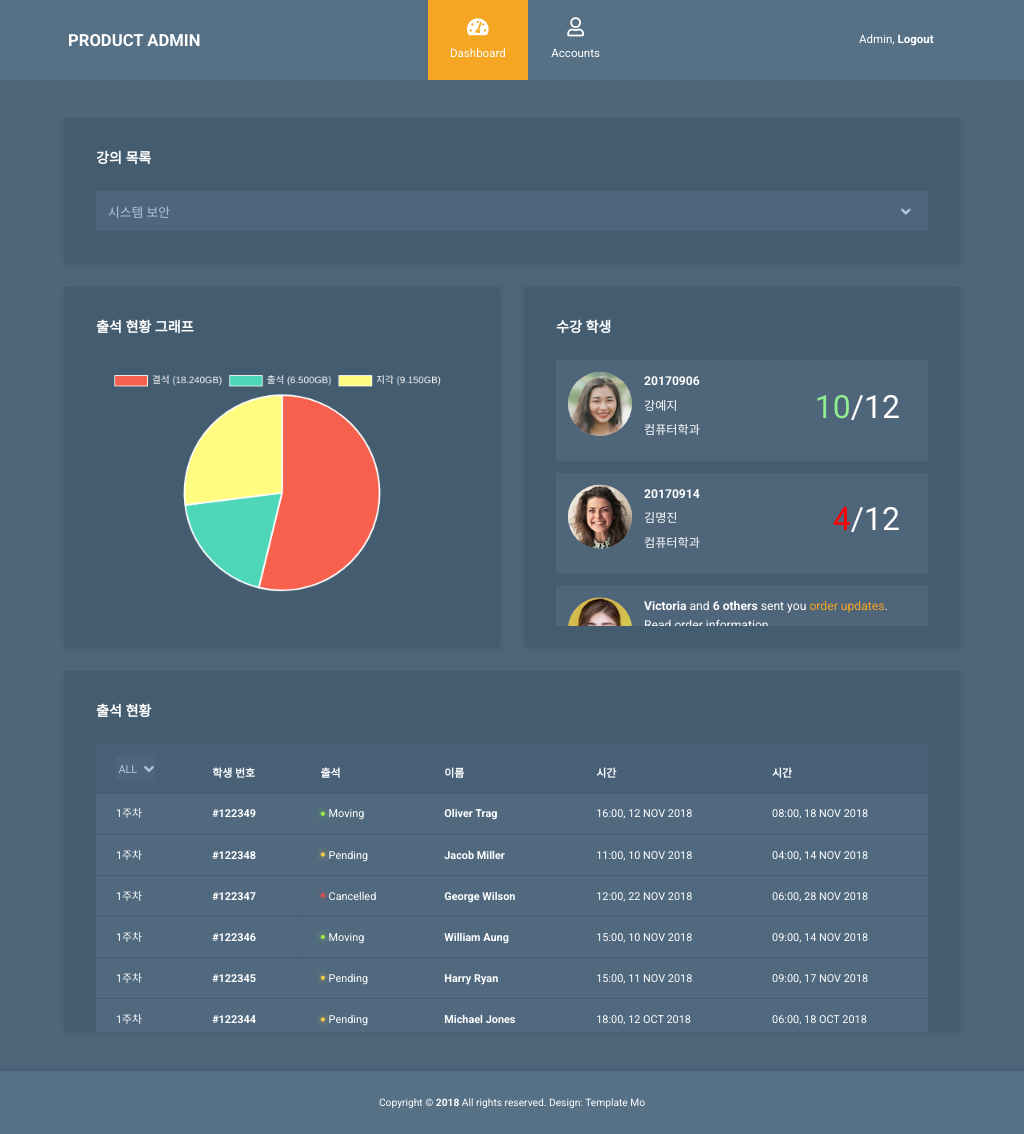
Repository: YJ-S2/2019-FaceAPI
Page: test1-master/web/123/WebContent/web1.html
The author's editor kept a copy of each file at every save. The page is drawn from the files as they stood at one save, then again after the next save.
The browser window is 1280 px wide. The pictures show the whole page, at 80% of full size.
An inner scrolling area shows only its first screen.

Above is the page before, as saved 2019-08-11 15:08:49.

After the next save:
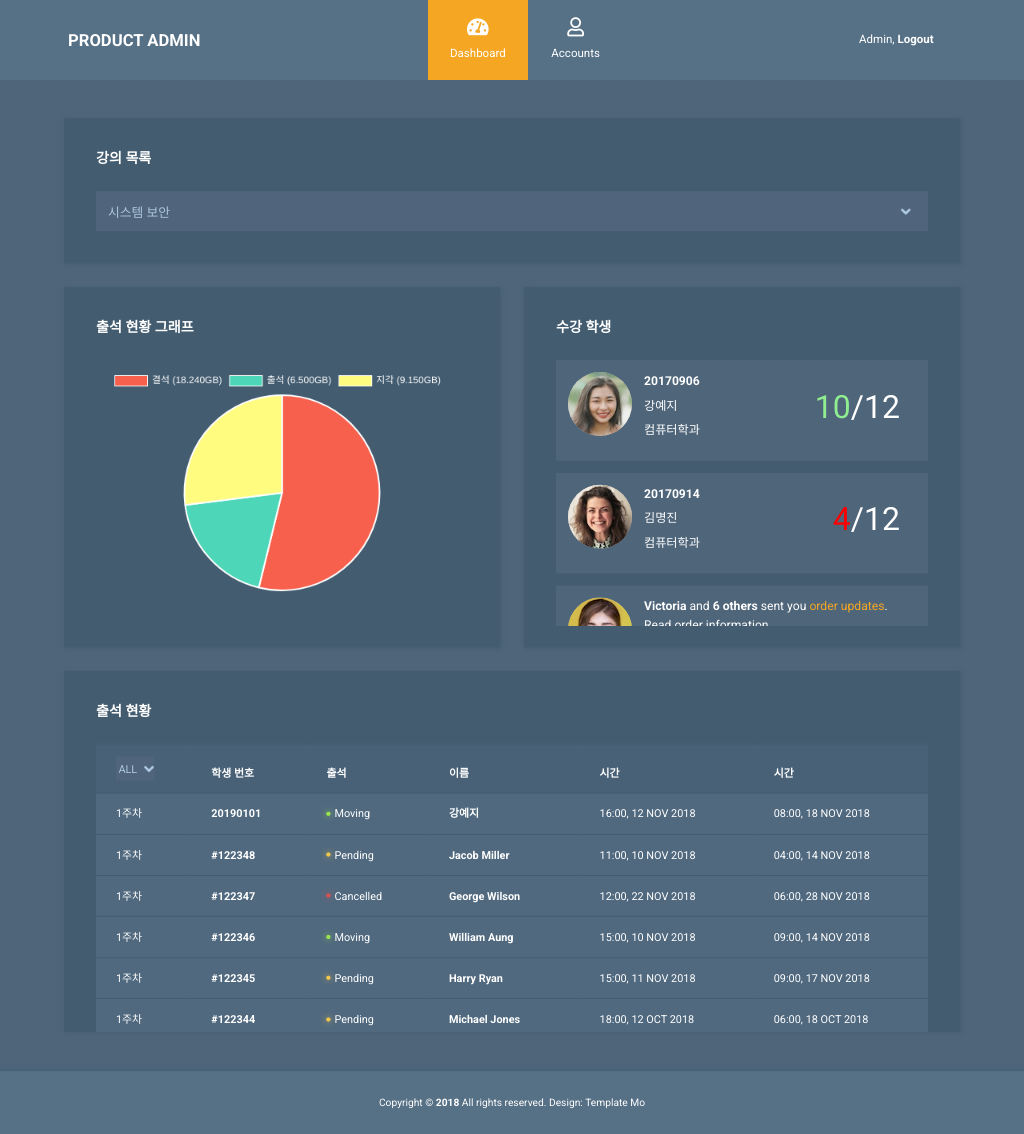
Saved 4 min 42 s later.
--- a/test1-master/web/123/WebContent/web1.html
+++ b/test1-master/web/123/WebContent/web1.html
@@ -68,6 +68,15 @@
 		align:center;
 		padding:20px;
 	}
+	.tm-status-circle1 {
+  display: inline-block;
+  margin-right: 5px;
+  vertical-align: middle;
+  width: 10px;
+  height: 10px;
+  border-radius: 50%;
+  margin-top: -3px;
+}
 	</style>
 </head>
 
@@ -257,12 +266,12 @@
                             <tbody>
                                 <tr>
                                 	<td>1주차</td>
-                                    <th scope="row"><b>#122349</b></th>
-                                    <td>
-                                        <div class="tm-status-circle moving">
-                                        </div>Moving
-                                    </td>
-                                    <td><b>Oliver Trag</b></td>
+                                    <th scope="row"><b>20190101</b></th>
+                                    <td>
+                                        <div class="tm-status-circle moving">
+                                        </div>Moving
+                                    </td>
+                                    <td><b>강예지</b></td>
                                     <td>16:00, 12 NOV 2018</td>
                                     <td>08:00, 18 NOV 2018</td>
                                 </tr>
